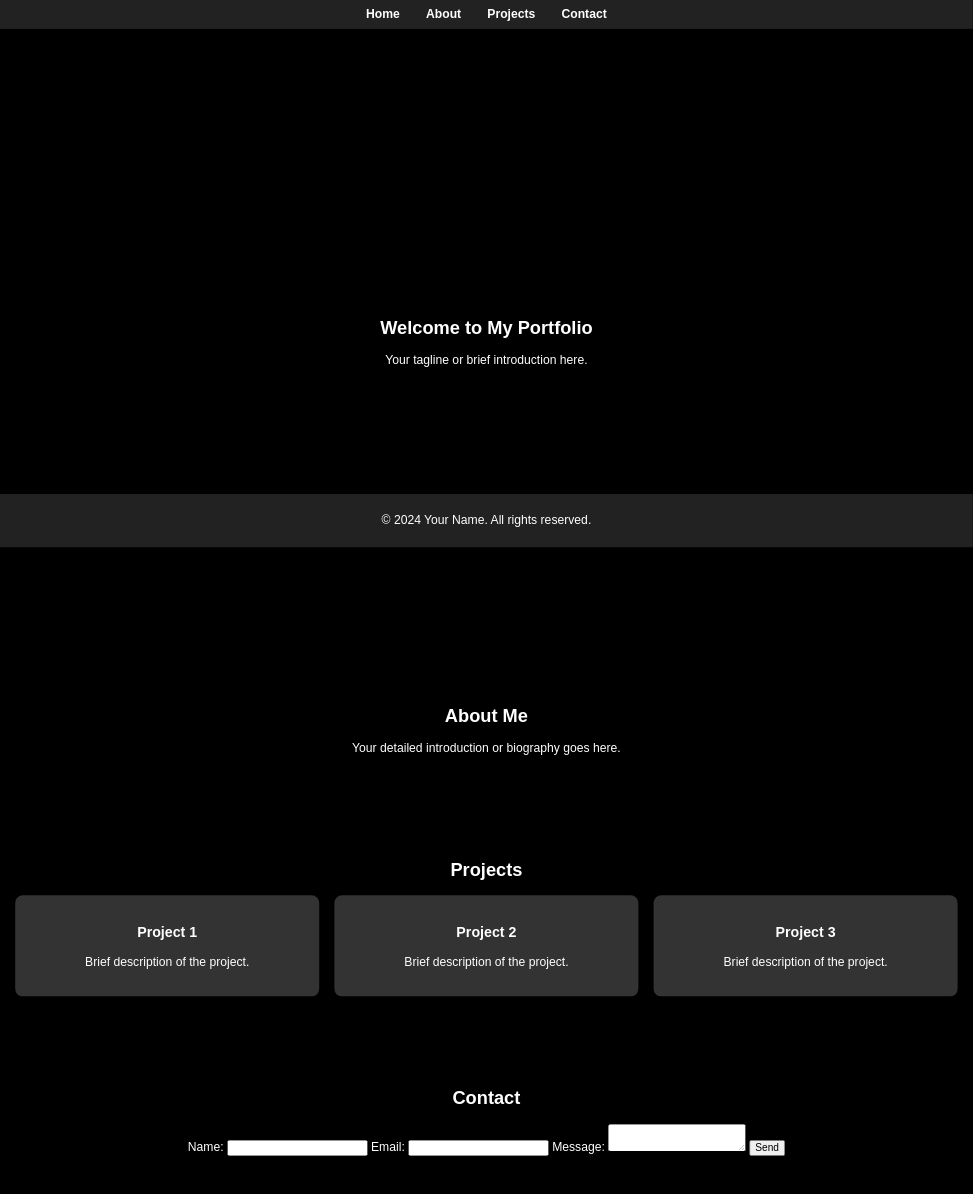
Repository: Barnabasbag/New-folder--2-
Page: in1.html
An editor plug-in stored every save of this project. The page is shown before and after the next save, followed by the edit.
The browser window is 1280 px wide. The pictures show the whole page, at 76% of full size.

Above is the page before, as saved 2024-06-17 01:06:33.
Not found: background.jpg

### in1.html
<!DOCTYPE html>
<html lang="en">
<head>
    <meta charset="UTF-8">
    <meta name="viewport" content="width=device-width, initial-scale=1.0">
    <title>Portfolio</title>
    <link rel="stylesheet" href="styles.css">
</head>
<body>
    <header>
        <nav>
            <ul>
                <li><a href="#home">Home</a></li>
                <li><a href="#about">About</a></li>
                <li><a href="#projects">Projects</a></li>
                <li><a href="#contact">Contact</a></li>
            </ul>
        </nav>
    </header>

    <section id="home">
        <div class="intro">
            <h1>Welcome to My Portfolio</h1>
            <p>Your tagline or brief introduction here.</p>
        </div>
    </section>

    <section id="about">
        <h2>About Me</h2>
        <p>Your detailed introduction or biography goes here.</p>
    </section>

    <section id="projects">
        <h2>Projects</h2>
        <div class="project-grid">
            <div class="project">
                <h3>Project 1</h3>
                <p>Brief description of the project.</p>
            </div>
            <div class="project">
                <h3>Project 2</h3>
                <p>Brief description of the project.</p>
            </div>
            <div class="project">
                <h3>Project 3</h3>
                <p>Brief description of the project.</p>
            </div>
        </div>
    </section>

    <section id="contact">
        <h2>Contact</h2>
        <form>
            <label for="name">Name:</label>
            <input type="text" id="name" name="name" required>
            <label for="email">Email:</label>
            <input type="email" id="email" name="email" required>
            <label for="message">Message:</label>
            <textarea id="message" name="message" required></textarea>
            <button type="submit">Send</button>
        </form>
    </section>

    <footer>
        <p>&copy; 2024 Your Name. All rights reserved.</p>
    </footer>

    <script src="scripts.js"></script>
</body>
</html>

### styles.css
body {
    margin: 0;
    font-family: Arial, sans-serif;
    background-color: #000;
    color: #fff;
}

header {
    background-color: #222;
    padding: 10px 0;
    text-align: center;
}

nav ul {
    list-style-type: none;
    margin: 0;
    padding: 0;
}

nav ul li {
    display: inline;
    margin: 0 15px;
}

nav ul li a {
    color: #fff;
    text-decoration: none;
    font-weight: bold;
}

section {
    padding: 50px 20px;
    text-align: center;
}

#home {
    background: url('background.jpg') no-repeat center center/cover;
    height: 100vh;
    display: flex;
    align-items: center;
    justify-content: center;
}

.intro {
    background: rgba(0, 0, 0, 0.7);
    padding: 20px;
    border-radius: 10px;
}

#projects .project-grid {
    display: grid;
    grid-template-columns: repeat(auto-fit, minmax(300px, 1fr));
    gap: 20px;
    margin-top: 20px;
}

.project {
    background-color: #333;
    padding: 20px;
    border-radius: 10px;
}

footer {
    background-color: #222;
    padding: 10px 0;
    text-align: center;
    position: absolute;
    bottom: 0;
    width: 100%;
}

### scripts.js
document.addEventListener('DOMContentLoaded', () => {
    // JavaScript to add interactive features if needed
    // For example, smooth scrolling
    document.querySelectorAll('a[href^="#"]').forEach(anchor => {
        anchor.addEventListener('click', function(e) {
            e.preventDefault();

            document.querySelector(this.getAttribute('href')).scrollIntoView({
                behavior: 'smooth'
            });
        });
    });
});

After the next save:
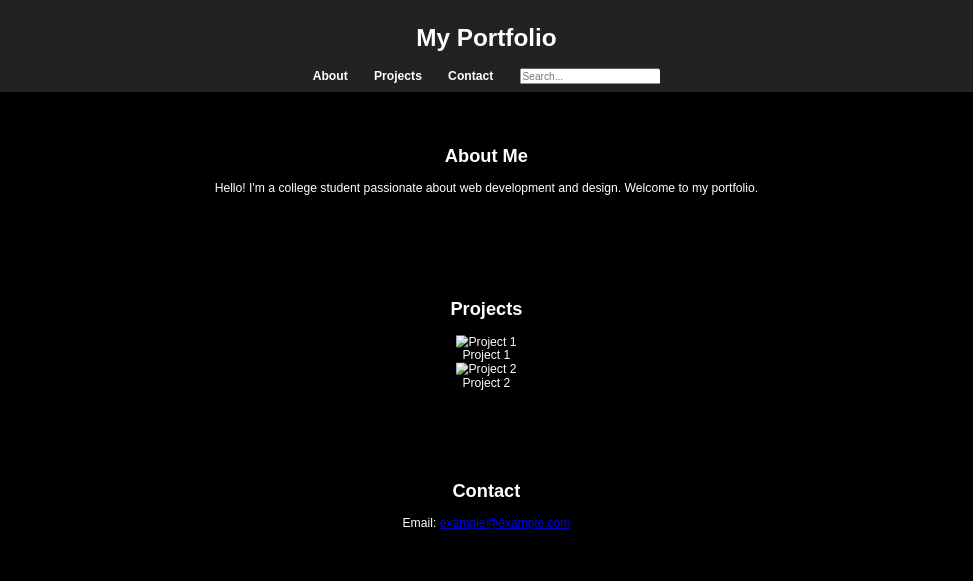
Not found: project1.jpg
Not found: project2.jpg
Not found: script.js
Saved 5 min 58 s later.
--- a/in1.html
+++ b/in1.html
@@ -5,66 +5,48 @@
     <meta name="viewport" content="width=device-width, initial-scale=1.0">
     <title>Portfolio</title>
     <link rel="stylesheet" href="styles.css">
+    <link href="https://fonts.googleapis.com/css2?family=Roboto:wght@400;700&display=swap" rel="stylesheet">
 </head>
 <body>
     <header>
+        <h1>My Portfolio</h1>
         <nav>
             <ul>
-                <li><a href="#home">Home</a></li>
                 <li><a href="#about">About</a></li>
                 <li><a href="#projects">Projects</a></li>
                 <li><a href="#contact">Contact</a></li>
+                <li>
+                    <input type="text" id="search" placeholder="Search...">
+                </li>
             </ul>
         </nav>
     </header>
-
-    <section id="home">
-        <div class="intro">
-            <h1>Welcome to My Portfolio</h1>
-            <p>Your tagline or brief introduction here.</p>
+    <section id="about">
+        <h2>About Me</h2>
+        <p>Hello! I'm a college student passionate about web development and design. Welcome to my portfolio.</p>
+    </section>
+    <section id="projects">
+        <h2>Projects</h2>
+        <div class="gallery">
+            <div class="gallery-item">
+                <img src="project1.jpg" alt="Project 1">
+                <div class="overlay">
+                    <div class="text">Project 1</div>
+                </div>
+            </div>
+            <div class="gallery-item">
+                <img src="project2.jpg" alt="Project 2">
+                <div class="overlay">
+                    <div class="text">Project 2</div>
+                </div>
+            </div>
+            <!-- Add more projects as needed -->
         </div>
     </section>
-
-    <section id="about">
-        <h2>About Me</h2>
-        <p>Your detailed introduction or biography goes here.</p>
-    </section>
-
-    <section id="projects">
-        <h2>Projects</h2>
-        <div class="project-grid">
-            <div class="project">
-                <h3>Project 1</h3>
-                <p>Brief description of the project.</p>
-            </div>
-            <div class="project">
-                <h3>Project 2</h3>
-                <p>Brief description of the project.</p>
-            </div>
-            <div class="project">
-                <h3>Project 3</h3>
-                <p>Brief description of the project.</p>
-            </div>
-        </div>
-    </section>
-
     <section id="contact">
         <h2>Contact</h2>
-        <form>
-            <label for="name">Name:</label>
-            <input type="text" id="name" name="name" required>
-            <label for="email">Email:</label>
-            <input type="email" id="email" name="email" required>
-            <label for="message">Message:</label>
-            <textarea id="message" name="message" required></textarea>
-            <button type="submit">Send</button>
-        </form>
+        <p>Email: <a href="mailto:example@example.com">example@example.com</a></p>
     </section>
-
-    <footer>
-        <p>&copy; 2024 Your Name. All rights reserved.</p>
-    </footer>
-
-    <script src="scripts.js"></script>
+    <script src="script.js"></script>
 </body>
 </html>
